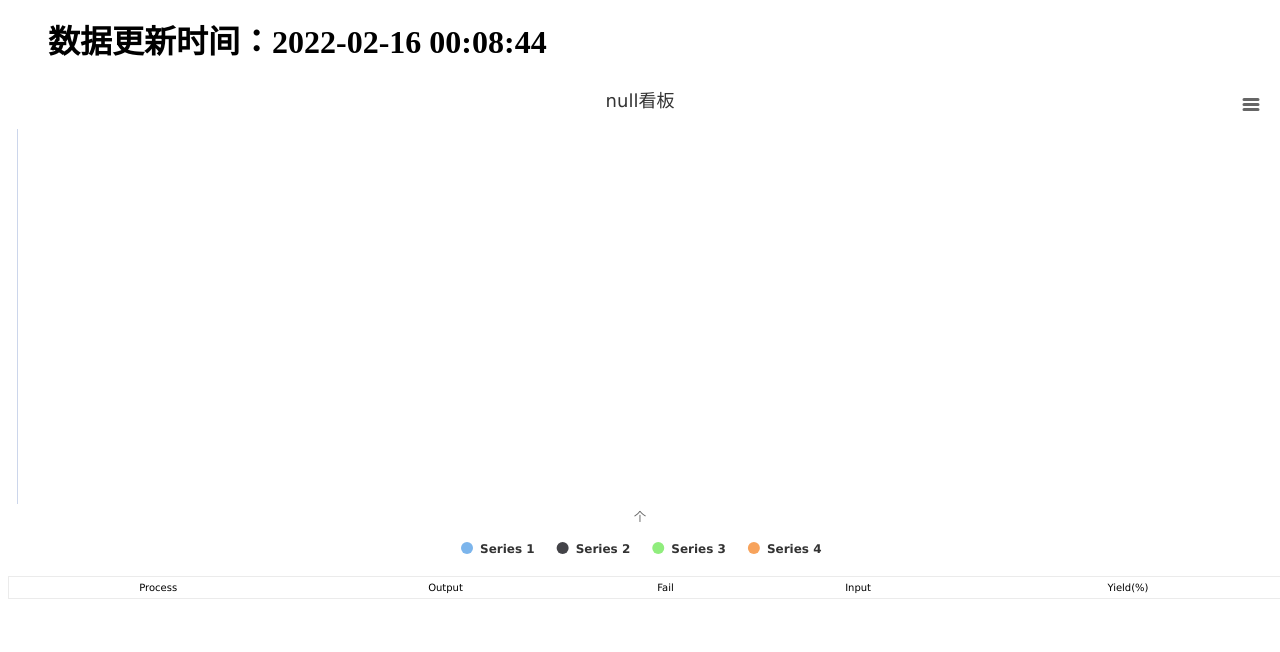
Repository: zxj19880502/mycode
Page: http://localhost/test1/line.jsp
These files come from the project's save history. The page is drawn as it stood at one moment and after the next save; the edit follows.
The browser window is 1280 px wide. The pictures show the whole page.
The page is served by Tomcat 9. Queries for data that is not in the repository find no rows.

Above is the page before, as saved 2022-04-02 02:07:23.

### apache-tomcat-8.5.73/webapps/ROOT/test1/line.jsp
<%@ page contentType="text/html;charset=utf-8" language="java" errorPage="" %>
 <%@ page import="java.text.*"%>
<%@ page import="java.sql.*" %>
 <%@page import="java.util.*"%>

 <meta http-equiv="refresh" content="300">

<html>

<head>

  <title>线别查询</title>


 <style type="text/css">
#container {
    height: 70%;
}

.highcharts-figure,
.highcharts-data-table table {
    min-width: 100%;
    max-width: 100%;
    margin: 1em auto;
}



#datatable caption {
    padding: 1em 0;
    font-size: 1.2em;
    color: #555;
}

#datatable th {
    font-weight: 600;
    padding: 0.5em;
}

#datatable td,
#datatable th,
#datatable caption {
    padding: 0.5em;
}


		</style>



</head>
<body>


<%

Class.forName("oracle.jdbc.driver.OracleDriver");
Connection connection=DriverManager.getConnection("jdbc:oracle:thin:@172.22.24.119:1521:ledmes","sajet","tech");
Statement stmt=connection.createStatement();
String path = request.getContextPath();
String basePath = request.getScheme()+"://"+request.getServerName()+":"+request.getServerPort()+path+"/";
String name = request.getParameter("line");//用request得到
String starday = request.getParameter("day");//用request得到
String startime = request.getParameter("time");//用request得到
String endday = request.getParameter("endday");//用request得到
String endtime = request.getParameter("endtime");//用request得到
String datetime = new SimpleDateFormat("yyyy-MM-dd HH:mm:ss").format(Calendar.getInstance().getTime());//系统时间

ResultSet rs=stmt.executeQuery("SELECT PROCESS_NAME,SUM(PASS_QTY)as good,sum(FAIL_QTY) as Fail,sum(PASS_QTY+FAIL_QTY)as input,round(decode(SUM(PASS_QTY),0,0,(SUM(PASS_QTY)/(sum(PASS_QTY+FAIL_QTY)))*100),2)as Yield from input_qtyc where PDLINE_NAME='"+name+"'AND WORK_DATE||WORK_TIME between to_CHAR('"+startime+""+starday+"')and to_char('"+endtime+""+endday+"') GROUP BY PROCESS_NAME ORDER BY Fail DESC   ");

%>

<figure class="highcharts-figure">
<tr><td><h1>&nbsp;&nbsp;&nbsp;&nbsp;&nbsp;数据更新时间：<%=datetime %></h1></td></tr>
    <div id="container"></div>

<table  id="datatable" style="position:absolute;width: 100%;font-family: Verdana, sans-serif;border-collapse: collapse;border: 1px solid #ebebeb;text-align: center;font-size:10px">
    <tr>
        <td>Process</td>
       <td>Output</td>
         <td>Fail</td>
        <td>Input</td>
        <td>Yield(%)</td>
    </tr>
    <% while(rs.next()){ %>

    <tr  >
        <td><%=rs.getString(1)%></td>
        <td ><%=rs.getString(2)%></td>
        <td ><%=rs.getString(3)%></td>
         <td><%=rs.getString(4)%></td>
        <td><%=rs.getString(5)%></td>
    </tr>


    <% } %>

</table>

<script type="text/javascript">
window.onload = function() {
    // 第3列
    var column_num = 3;

    // 获取元素
    var table = document.getElementById("datatable"),
        rows = table.getElementsByTagName("tr");

    // 循环表格
    for(var i = 0; i < rows.length; i++) {
        var cells = rows[i].getElementsByTagName("td");
        for(var c = 0; c < cells.length; c++) {
            // 对应列
            if(c + 1 === column_num
                // 判断是否大于 0
                && parseFloat(cells[c].innerHTML) > 0 && parseFloat(cells[c].innerHTML)<= 10) {
                // 两者均成立，改变颜色
                rows[i].style.background = "#f7c017";
                rows[i].style.border = "1px";
                // 检查下一行
                break;
            }
            if(c + 1 === column_num
                    // 判断是否大于 0
                    && parseFloat(cells[c].innerHTML) > 10 ) {
                    // 两者均成立，改变颜色
                    rows[i].style.background = "#f73c17";
                    rows[i].style.border = "1px";
                    // 检查下一行
                    break;
                }
            if(c + 1 === column_num
                    // 判断是否大于 0
                    && parseFloat(cells[c].innerHTML) === 0) {
                    // 两者均成立，改变颜色
                    rows[i].style.background = "#37f717";
                    rows[i].style.border = "1px";
                    // 检查下一行
                    break;
                }
        }
    }
};
</script>

 </figure>





 <script src="highcharts.js"></script>
<script src="data.js"></script>
<script src="exporting.js"></script>
<script src="accessibility.js"></script>

 <script type="text/javascript">
Highcharts.chart('container', {
    data: {

        table: 'datatable'

    },
    chart: {
        type: 'bar'
    },

    yAxis: {
        allowDecimals: false,
        title: {
            text: 'Units'
        }
    },
    title: {
		text: '<%=name %>看板'
		// 该功能依赖 data.js 模块，详见https://www.hcharts.cn/docs/data-modules
	},
	yAxis: {
		allowDecimals: false,
		title: {
			text: '个',
			rotation: 0
		}
	},
	credits:{
	     enabled: false // 禁用版权信息
	},

    tooltip: {
        formatter: function () {
            return '<b>' + this.series.name + '</b><br/>' +
                this.point.y + ' ' + this.point.name.toLowerCase();
        }
    }

});
		</script>

</body>
</html>

Loaded but not shown: apache-tomcat-8.5.73/webapps/ROOT/test1/highcharts.js (library); apache-tomcat-8.5.73/webapps/ROOT/test1/data.js (library); apache-tomcat-8.5.73/webapps/ROOT/test1/exporting.js (library); apache-tomcat-8.5.73/webapps/ROOT/test1/accessibility.js (library)

After the next save:
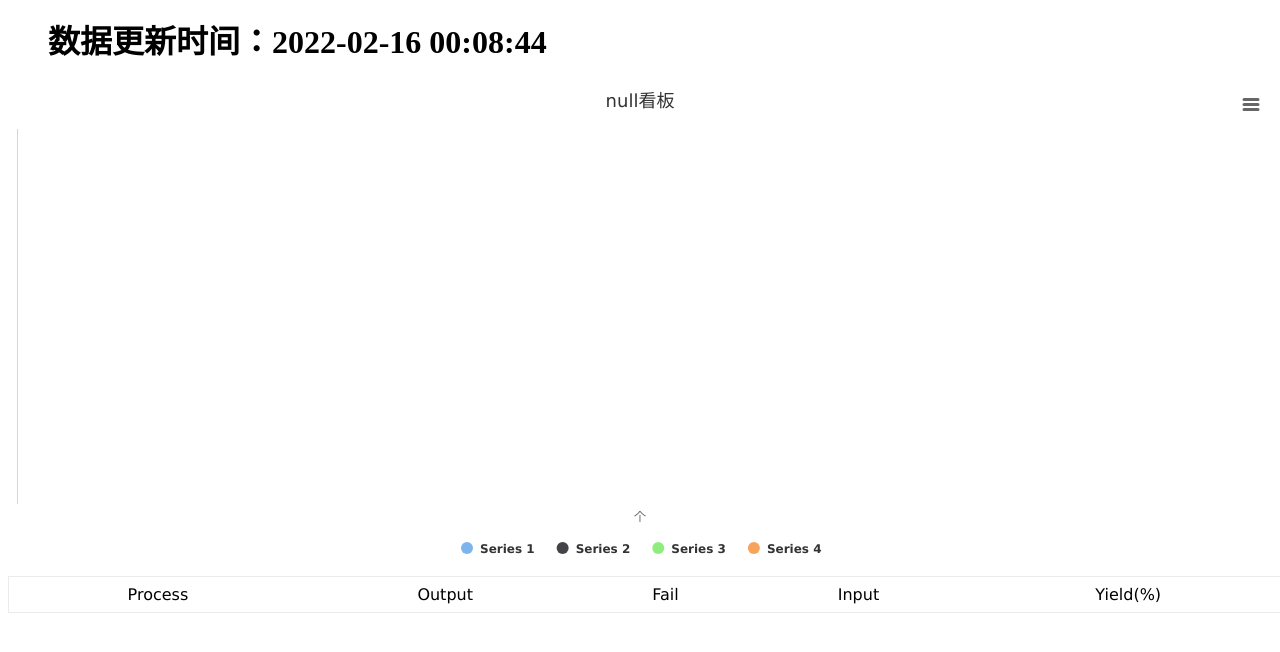
Saved 41 s later.
--- a/apache-tomcat-8.5.73/webapps/ROOT/test1/line.jsp
+++ b/apache-tomcat-8.5.73/webapps/ROOT/test1/line.jsp
@@ -74,7 +74,7 @@ ResultSet rs=stmt.executeQuery("SELECT PROCESS_NAME,SUM(PASS_QTY)as good,sum(FAI
 <tr><td><h1>&nbsp;&nbsp;&nbsp;&nbsp;&nbsp;数据更新时间：<%=datetime %></h1></td></tr>
     <div id="container"></div>
 
-<table  id="datatable" style="position:absolute;width: 100%;font-family: Verdana, sans-serif;border-collapse: collapse;border: 1px solid #ebebeb;text-align: center;font-size:10px">
+<table  id="datatable" style="position:absolute;width: 100%;font-family: Verdana, sans-serif;border-collapse: collapse;border: 1px solid #ebebeb;text-align: center;font-size:16px">
     <tr>
         <td>Process</td>
        <td>Output</td>
